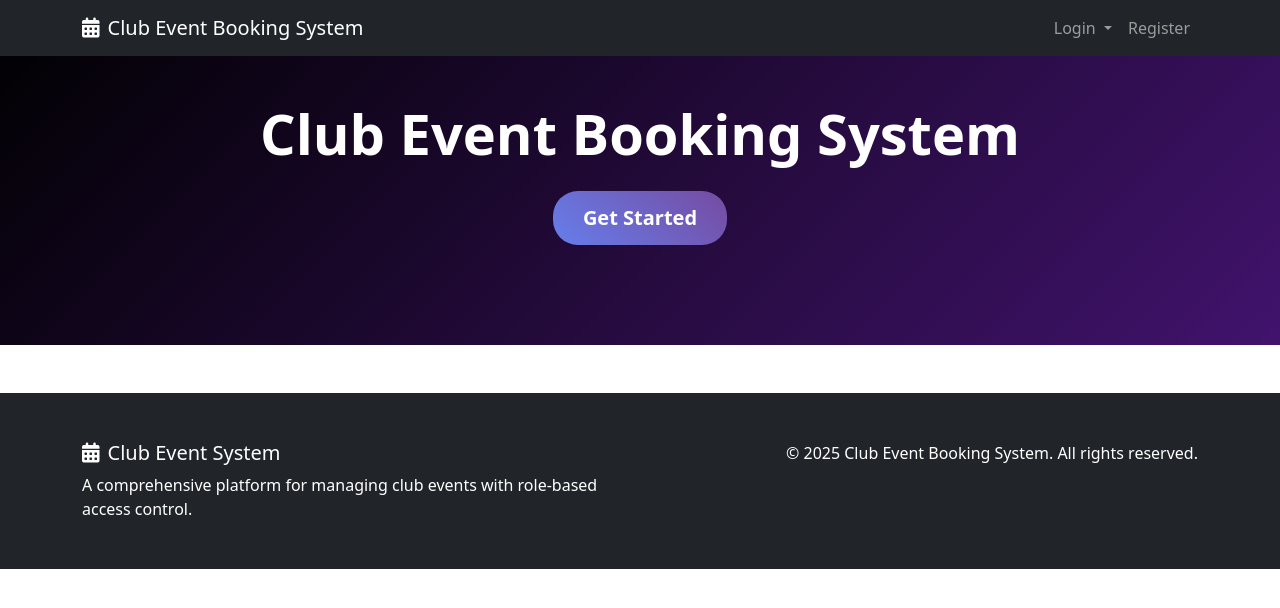
Repository: vipinsamy-sys/clubevent
Page: public/index.html
An editor plug-in stored every save of this project. The page is shown before and after the next save, followed by the edit.
The browser window is 1280 px wide. The pictures show the whole page.

Above is the page before, as saved 2025-10-20 14:28:29.

After the next save:
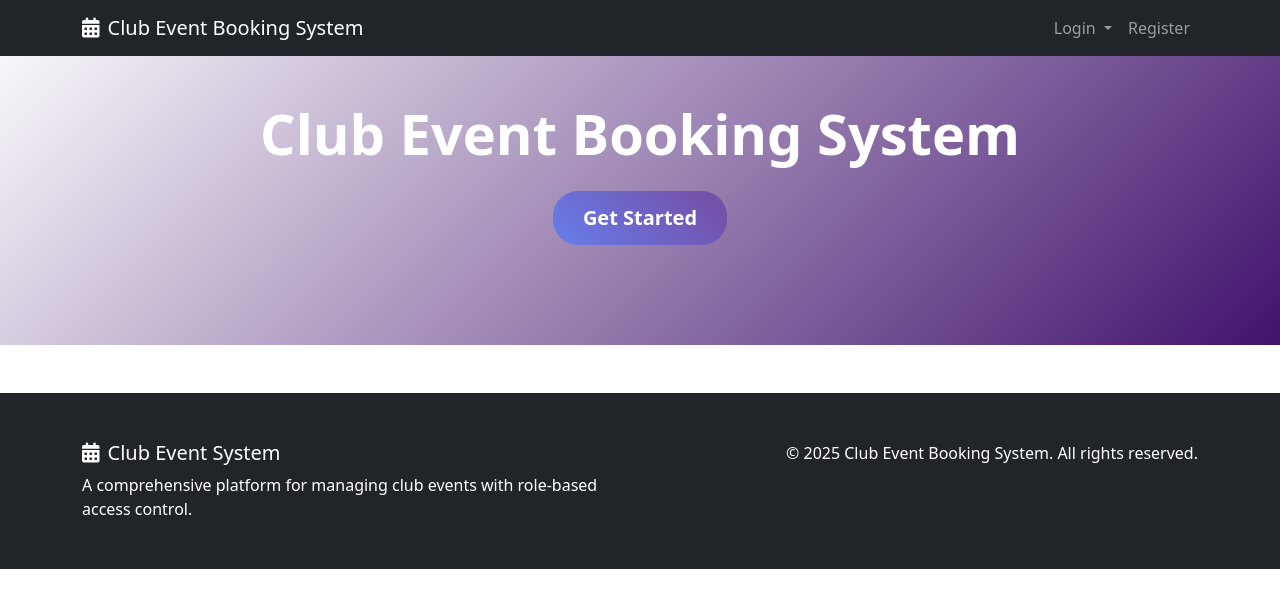
Saved 14 s later.
--- a/public/index.html
+++ b/public/index.html
@@ -8,7 +8,7 @@
     <link rel="stylesheet" href="https://cdnjs.cloudflare.com/ajax/libs/font-awesome/6.5.0/css/all.min.css">
     <style>
         .main-section {
-            background: linear-gradient(135deg, #000000 0%, #41136d 100%);
+            background: linear-gradient(135deg, #00000000 0%, #41136d 100%);
             color: white;
             padding: 100px 0;
             text-align: center;
